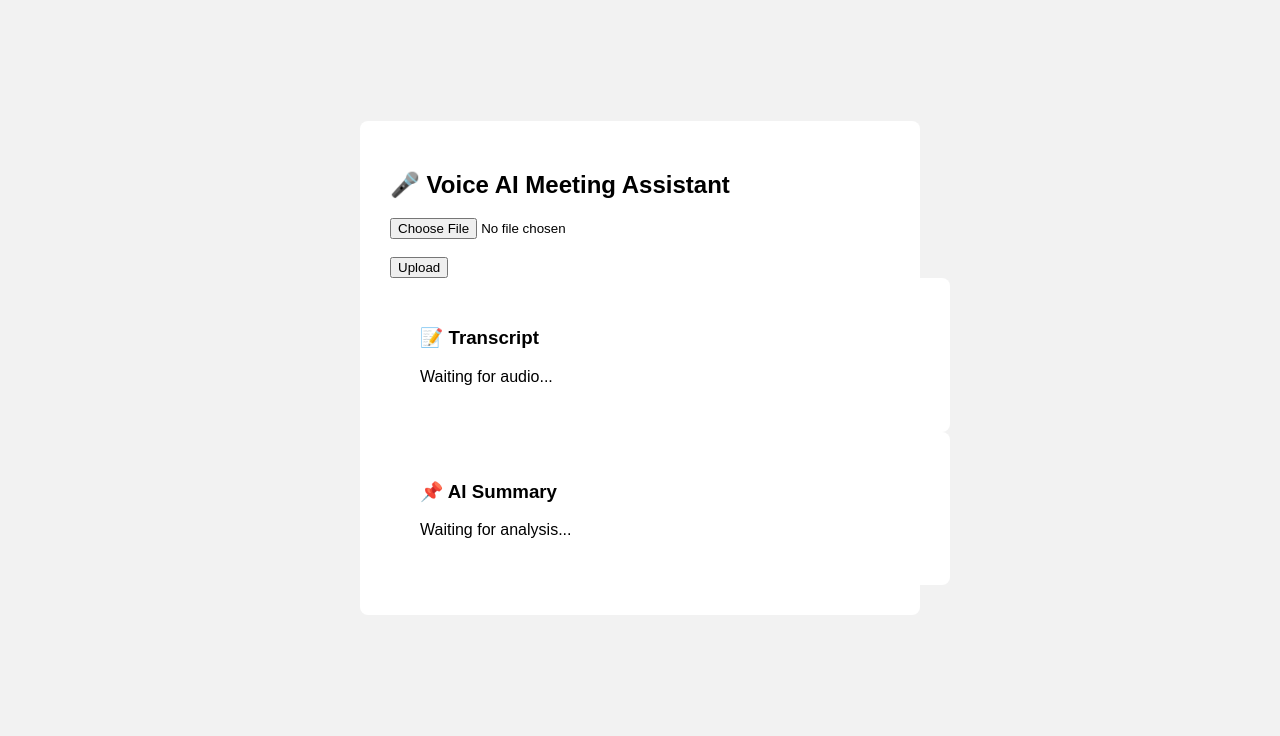
Repository: MujtabaHabib/Voice-AI-Meeting-Assistant
Page: index.html
These files come from the project's save history. The page is drawn as it stood at one moment and after the next save; the edit follows.
The browser window is 1280 px wide. The pictures show the whole page.

Above is the page before, as saved 2026-02-01 22:03:28.

After the next save:
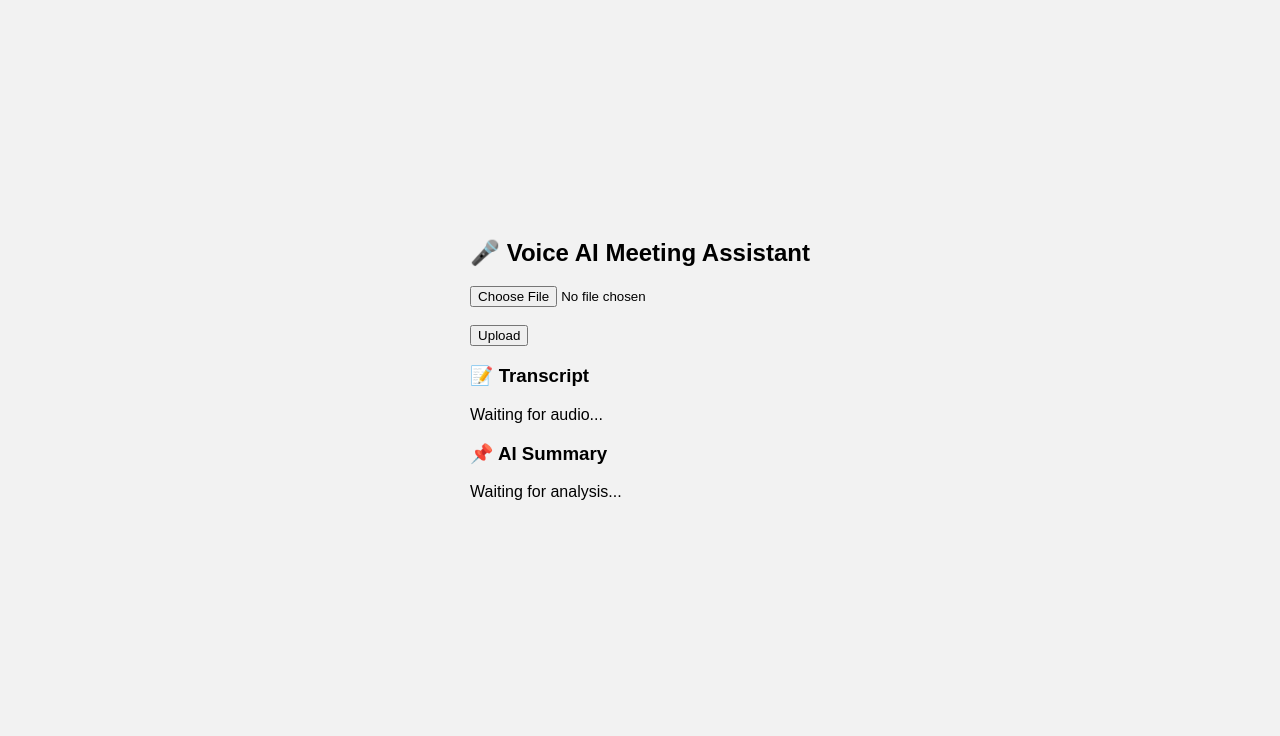
Saved 29 s later.
--- a/style.css
+++ b/style.css
@@ -7,11 +7,11 @@
     justify-content: center;
 }
 
-div{
+/* div{
     background-color: white;
     padding: 30px;
     width: 500px;
     border-radius: 8px;
     border: none;
 
-}
+} */

After the 2 saves that followed:
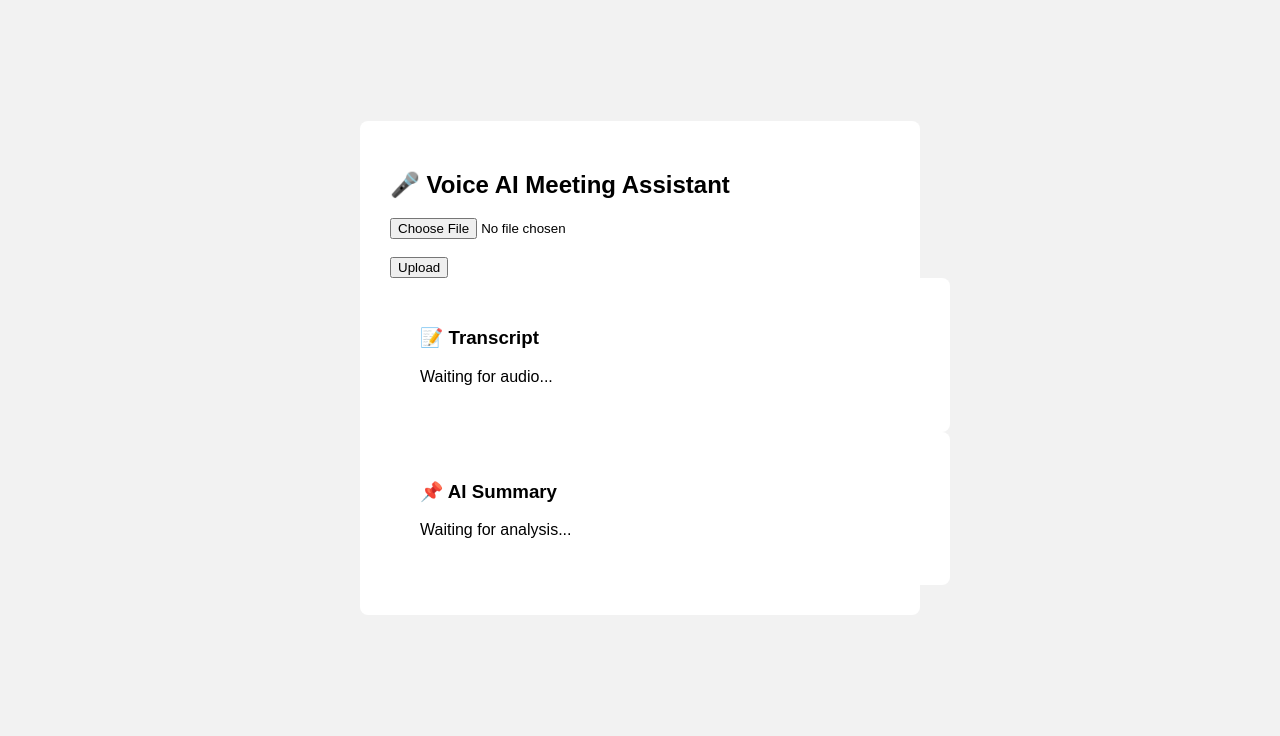
The 2 saves are shown as one change because 1 left the picture as it was.
The last was saved 31 s later.
--- a/style.css
+++ b/style.css
@@ -1,5 +1,5 @@
 body{
-    font-family:Arial;
+    font-family:Arial,sans-serif;
     height: 100vh;
     background-color: #f2f2f2;
     display: flex;
@@ -7,11 +7,11 @@
     justify-content: center;
 }
 
-/* div{
+div{
     background-color: white;
     padding: 30px;
     width: 500px;
     border-radius: 8px;
     border: none;
 
-} */
+}
